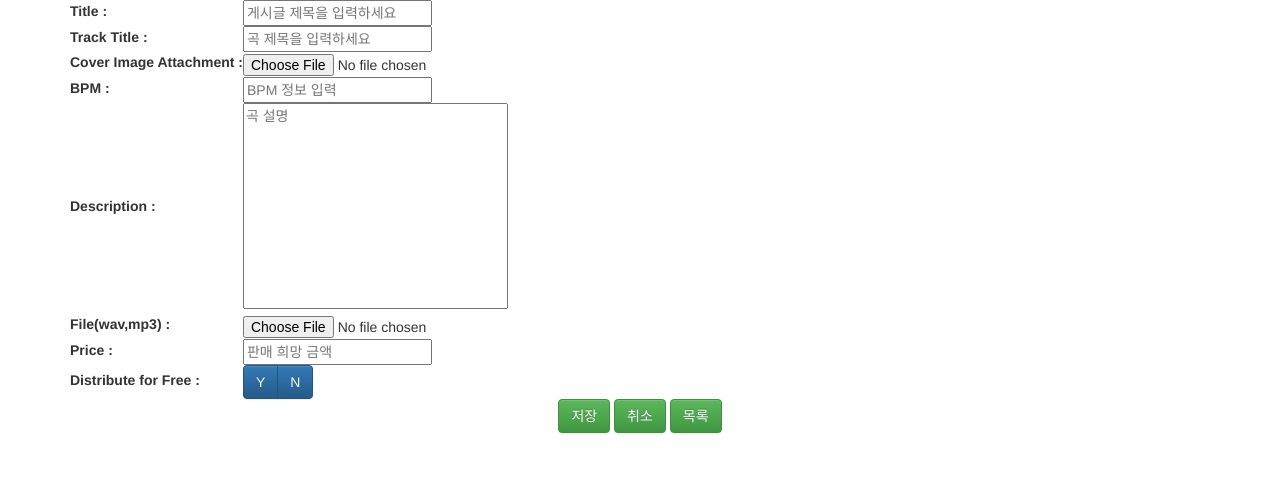
Repository: isaacShin-dev/Music_Station_TeamProject
Page: http://localhost/mtaProject/WEB-INF/views/board/writeForm.jsp
The author's editor kept a copy of each file at every save. The page is drawn from the files as they stood at one save, then again after the next save.
The browser window is 1280 px wide. The pictures show the whole page.
The page is served by Tomcat 9. Nobody is signed in. The template is opened directly, without the code that normally fills it, so the values that code supplies are empty.

Above is the page before, as saved 2021-05-20 14:05:07.

After the next save:
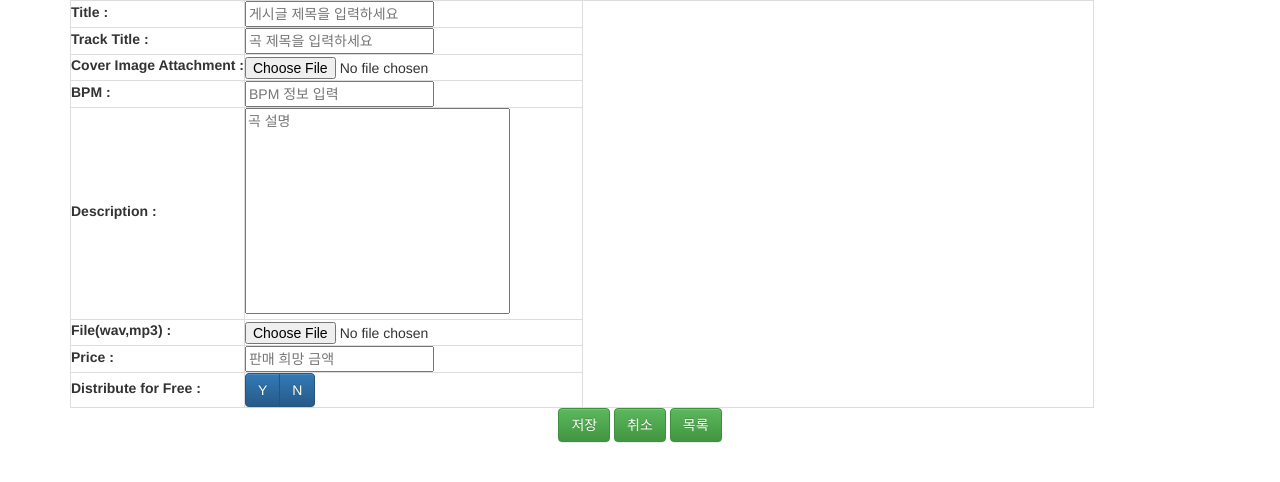
Saved 2 min 32 s later.
--- a/TeamProject/mtaProject/src/main/webapp/WEB-INF/views/board/writeForm.jsp
+++ b/TeamProject/mtaProject/src/main/webapp/WEB-INF/views/board/writeForm.jsp
@@ -74,7 +74,7 @@
 			<!-- 	<h2 class ="text-center">글작성</h2> -->
 
 		<form id="f_writeForm">
-			<table class="table-borderd">
+			<table class="table-bordered">
 				<colgroup>
 					<col width="17%" />
 					<col width="33%" />
